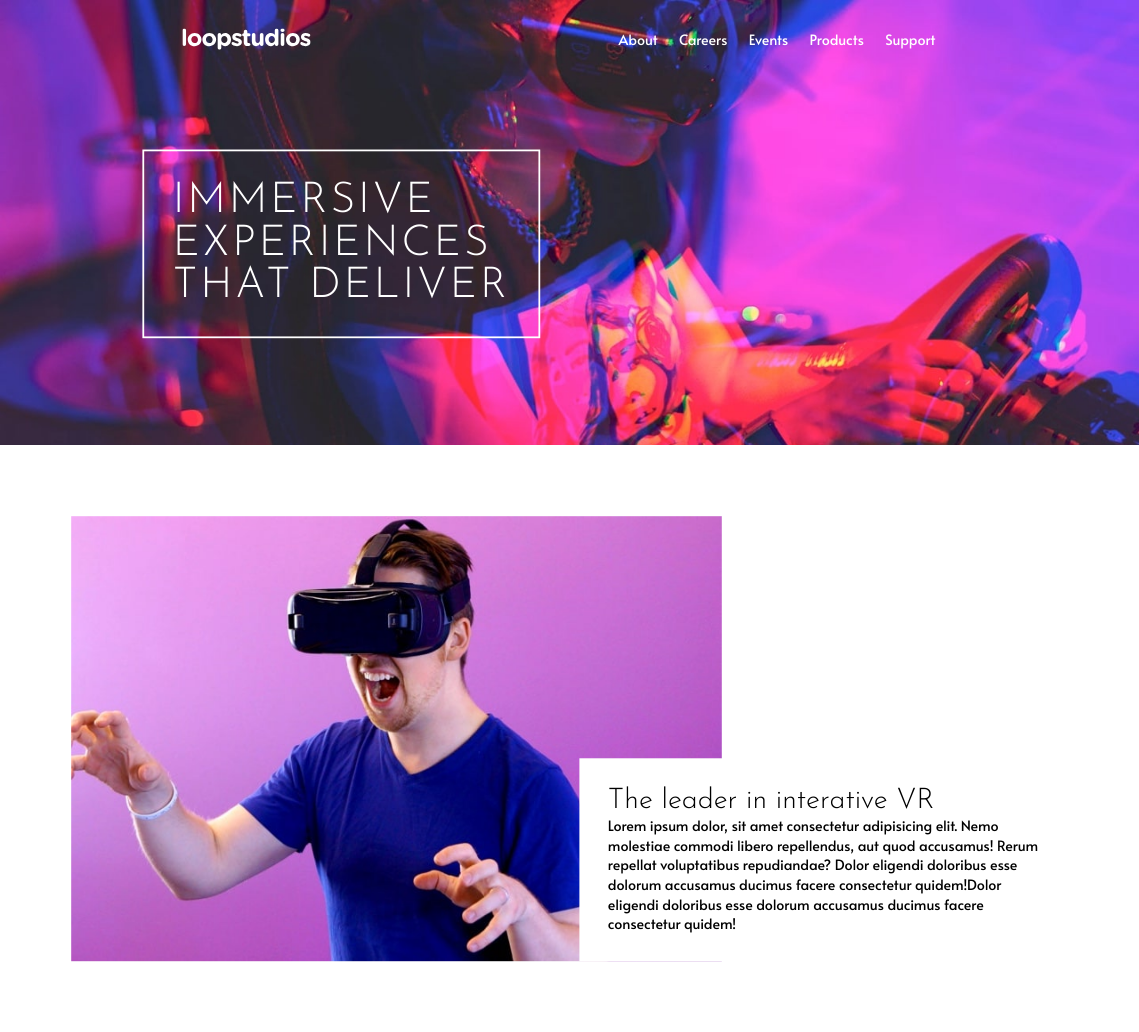
Repository: gligor99/loopstudios-fm
Page: /
The author's editor kept a copy of each file at every save. The page is drawn from the files as they stood at one save, then again after a run of saves.
The browser window is 1280 px wide. The pictures show the whole page, at 89% of full size.
Backgrounds fixed to the window are drawn as part of the page. The project was rebuilt for these pictures with package versions that can differ from the ones it lists, and the page was loaded fresh each time.

Above is the page before, as saved 2021-11-28 15:44:50.

### src/index.css
@import url('https://fonts.googleapis.com/css2?family=Alata&family=Josefin+Sans:wght@300&display=swap');

:root {
  --clr-white: hsl(0, 0%, 100%);
  --clr-black: hsl(0, 0%, 0%);
  --clr-dark-gray: hsl(0, 0%, 55%);
  --clr-very-dark-gray: hsl(0, 0%, 41%)
}

*,
::after,
::before {
  margin: 0;
  padding: 0;
  box-sizing: border-box;
}

body {
  font-family: "Alata", sans-serif;
  background: var(--clr-light-grayish-cyan);
  color: var(--clr-grey-1);
  font-size: 1rem;
}

### src/App.jsx
import About from "./components/About/About";
import Hero from "./components/Hero/Hero";


function App() {
  return (
    <div className="App">
      <Hero />
      <About />
    </div>
  );
}

export default App;

### src/components/About/About.jsx
import "./about.css";
import image from "../../assets/desktop/image-interactive.jpg";

const About = () => {
  return (
    <div className="about-container">
      <img className="image-interactive" src={image} alt="interactive.jpg" />
      <div className="about-content">
        <h1 className="about-title">The leader in interative VR</h1>
        <p className="about-p">
          Lorem ipsum dolor, sit amet consectetur adipisicing elit. Nemo
          molestiae commodi libero repellendus, aut quod accusamus! Rerum
          repellat voluptatibus repudiandae? Dolor eligendi doloribus esse
          dolorum accusamus ducimus facere consectetur quidem!Dolor eligendi doloribus esse
          dolorum accusamus ducimus facere consectetur quidem!
        </p>
      </div>
    </div>
  );
};

export default About;

### src/components/Hero/Hero.jsx
import React from "react";
import Navbar from "../Navbar/Navbar";
import "./hero.css";

const Hero = () => {
  return (
    <div className="container">
      <Navbar />
      <div className="container-content">
        <h1 className="title">
          Immersive <br /> experiences <br />
          that deliver
        </h1>
      </div>
    </div>
  );
};

export default Hero;

### src/components/About/about.css
.about-container {
  display: flex;
  justify-content: center;
  align-items: flex-end;
  margin: auto;
  padding: 5rem;
}

.image-interactive {
  height: 80%;
  z-index: -1;
}
.about-content {
  background-color: var(--clr-white);
  z-index: 1;
  height: 80%;
  padding: 2rem;
  margin-left: -10rem;
}

.about-title {
    font-family: 'Josefin Sans', sans-serif;
    font-weight: 100;
}

### src/components/Navbar/Navbar.jsx
import logo from "../../assets/logo.svg";
import "./navbar.css";

const Navbar = () => {
  return (
    <div className="wrapper">
      <img src={logo} alt="logo.svg" />
      <ul>
        <li>
          <a href="/about">About</a>
        </li>
        <li>
          <a href="/careers">Careers</a>
        </li>
        <li>
          <a href="/events">Events</a>
        </li>
        <li>
          <a href="/products">Products</a>
        </li>
        <li>
          <a href="/support">Support</a>
        </li>
      </ul>
    </div>
  );
};

export default Navbar;

### src/components/Hero/hero.css
.container {
    background: url('../../assets/desktop/image-hero.jpg');
    background-repeat: no-repeat;
    background-attachment: fixed;
    background-size: cover;
    height: 500px;
}
.container-content {
    display: flex;
    margin-top: 5rem;
    margin-left: 10rem;
}

.title {
    border: 2px solid var(--clr-white);
    padding: 2rem;
    text-transform: uppercase;
    font-family: 'Josefin Sans' , sans-serif;
    font-size: 3rem;
    font-weight: 100;
    letter-spacing: 0.2rem;
    color: white;
}

### src/components/Navbar/navbar.css
.wrapper {
  display: flex;
  flex-direction: row;
  justify-content: space-around;
  align-items: center;
  margin: auto;
  padding: 2rem;
  background-color: transparent;
}
img {
  height: 1.5rem;
}
ul {
  display: flex;
  flex-wrap: nowrap;
  justify-content: space-evenly;
}
li {
  list-style-type: none;
  padding-right: 1.5rem;
}
a {
  position: relative;
  display: inline-block;
  text-decoration: none;
  color: var(--clr-white);
}
a:after {
  content: "";
  position: absolute;
  left: 0;
  top: 100%;
  width: 0;
  height: 1.8px;
  background-color: var(--clr-white);
  transition: width 0.2s ease-in-out;
}
a:hover:after {
  width: 100%;
}

Loaded but not shown: public/index.html (common file); src/index.jsx (common file)

After the next 3 saves:
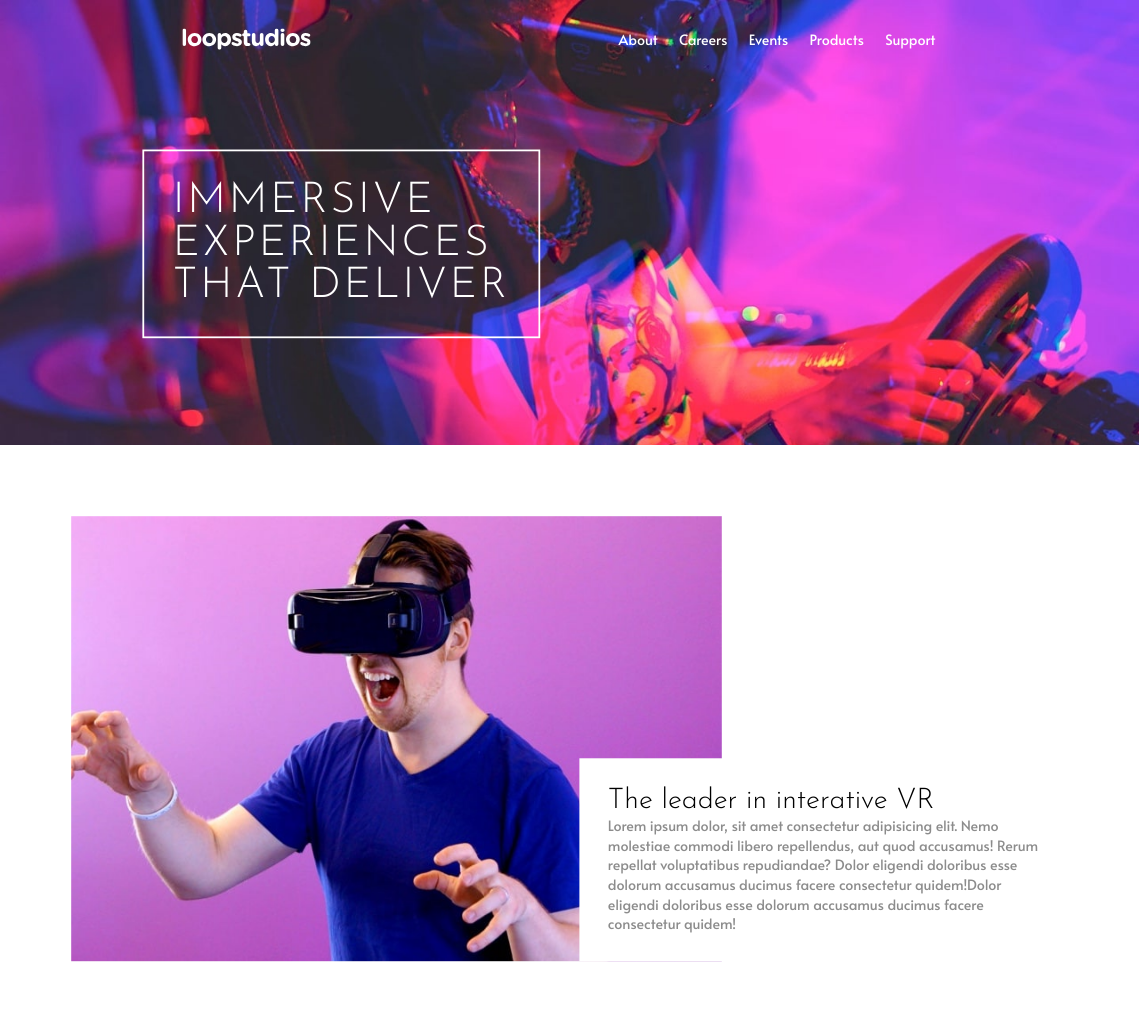
The 3 saves are shown as one change because they came seconds apart.
The last was saved 3 min 16 s later.
--- a/src/components/About/about.css
+++ b/src/components/About/about.css
@@ -19,6 +19,10 @@
 }
 
 .about-title {
-    font-family: 'Josefin Sans', sans-serif;
-    font-weight: 100;
+  font-family: "Josefin Sans", sans-serif;
+  font-weight: 100;
 }
+
+.about-p {
+  color: var(--clr-dark-gray);
+}
